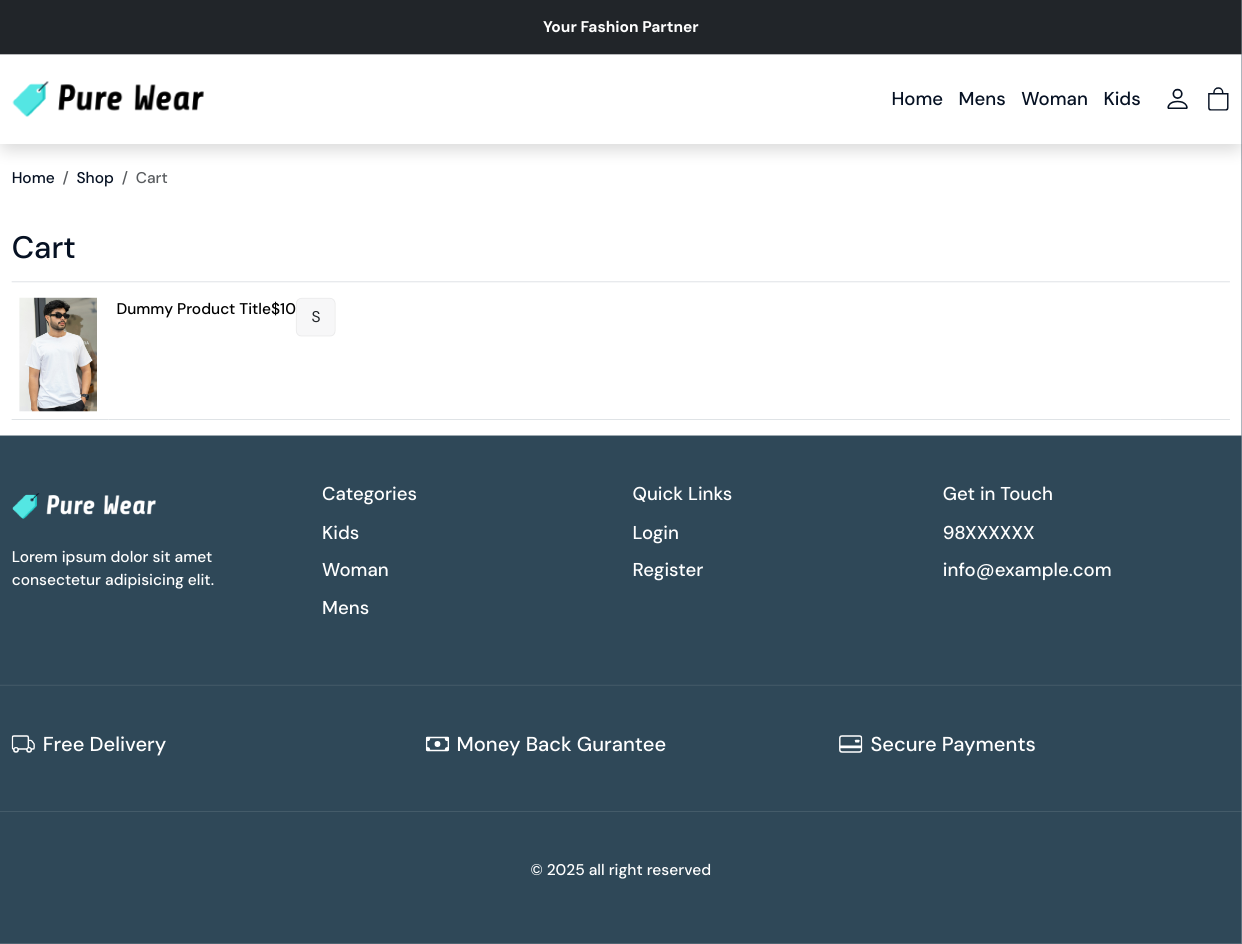
Repository: rajendratamang/react_ecommerce
Page: /cart
These files come from the project's save history. The page is drawn as it stood at one moment and after a run of saves; the edit follows.
The browser window is 1280 px wide. The pictures show the whole page, at 97% of full size.
The project was rebuilt for these pictures with package versions that can differ from the ones it lists, and the page was loaded fresh each time. Also part of the build but not shown: vite.config.js, src/components/common/LatestProduct.jsx, src/components/common/FeaturedProducts.jsx, src/components/Home.jsx, src/components/Shop.jsx, src/components/Product.jsx.

Above is the page before, as saved 2025-11-06 14:50:11.

After the next 3 saves:
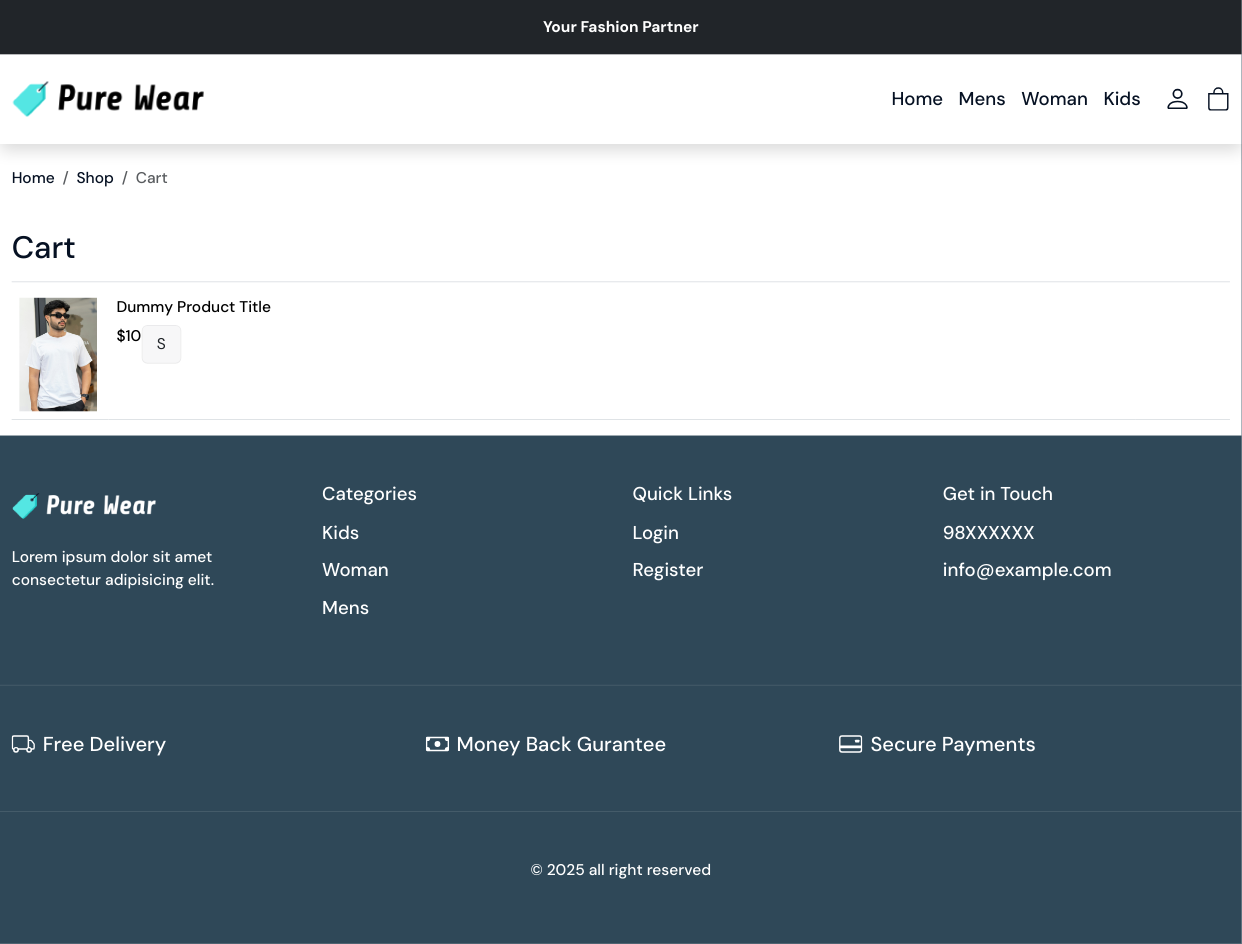
The 3 saves are shown as one change because they came seconds apart.
The last was saved 13 s later.
--- a/src/components/Cart.jsx
+++ b/src/components/Cart.jsx
@@ -26,8 +26,9 @@ const Cart = () => {
                                 <tr>
                                     <td width={100}><img src={ProductImg} width={80} alt="" /></td>
                                     <td>
+                                               <h4 className="">Dummy Product Title</h4>
                                         <div className="d-flex">
-                                            <div className="">Dummy Product Title</div>
+
                                             <span>$10</span>
                                             <div className="">
                                                 <button className="btn btn-size ">S</button>
